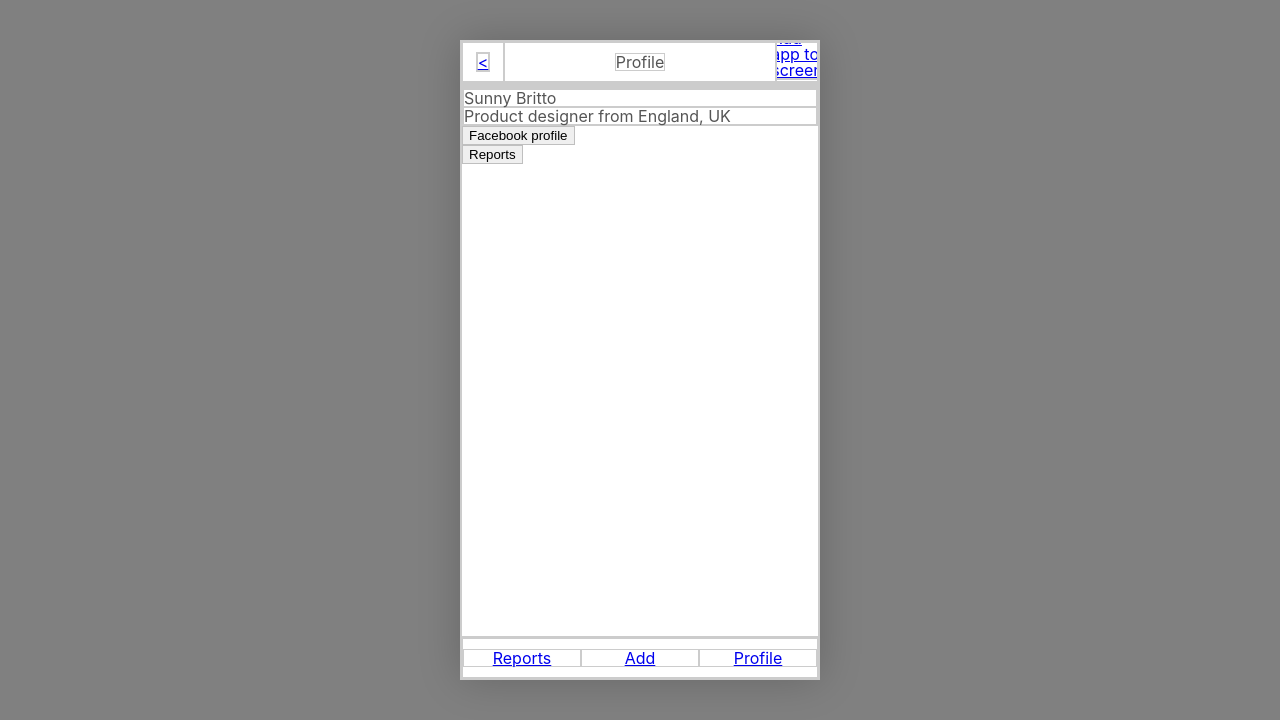
Repository: aleksandrenko/html-css-playground
Page: profile.html
An editor plug-in stored every save of this project. The page is shown before and after the next save, followed by the edit.
The browser window is 1280 px wide. The pictures show the whole page.

Above is the page before, as saved 2018-01-19 15:09:26.

### profile.html
<!DOCTYPE html>
<html lang="en">
<head>
  <meta charset="UTF-8">
  <link rel="stylesheet" href="./css/shared.css">
  <link rel="stylesheet" href="./css/pages/profile.css">
</head>
<body>

<app>
  <header>
    <left>
      <history-control>
        <a href="#"><</a>
      </history-control>
    </left>
    <middle>
      <page-name>Profile</page-name>
    </middle>
    <right>
      <context-menu>
        <a href="#">About</a>
        <a href="#">Add app to screen</a>
        <a href="#">Terms of use</a>
      </context-menu>
    </right>
  </header>
  <main>
      <profile>
        <picture>
          <img src="#" alt="">
        </picture>
        <name>Sunny Britto</name>
        <information>Product designer from England, UK</information>
      </profile>
      <button>Facebook profile</button>
      <button>Reports</button>
  </main>
  <footer>
    <nav>
      <a href="#">Reports</a>
      <a href="#">Add</a>
      <a href="profile.html">Profile</a>
    </nav>
  </footer>
</app>

</body>
</html>

### css/shared.css
@import "config.css";
@import "reset.css";
@import "global.css";

@import "debug.css";

@import "layout.css";

### css/pages/profile.css
profile {

}

### css/config.css
:root {
    --header-height: 42px;
    --footer-height: 42px;

    --min-width: 320px;
    --min-height: 460px;

    --text-global-color: #555;
    --text-global-font: "SF Pro Display", "SF Pro Icons", "Helvetica Neue", "Helvetica", "Roboto", "Arial" ,sans-serif;
}

### css/reset.css
html, body, div, span,
h1, h2, h3, h4, h5, h6, p,
a, abbr, acronym, address, img,
small, strike, strong,
b, u, i, center, ol, ul, li,
fieldset, form, label, footer, header,
menu, nav, section {
    margin: 0;
    padding: 0;
    border: 0;
    font-size: 100%;
    font: inherit;
    vertical-align: baseline;
}
/* HTML5 display-role reset for older browsers */
article, aside, details, figcaption, figure,
footer, header, hgroup, menu, nav, section {
    display: block;
}
body {
    line-height: 1;
}
ol, ul {
    list-style: none;
}

### css/global.css
body {
    min-height: var(--min-height);
    min-width: var(--min-width);
}

* {
    box-sizing: border-box;
    display: block;
}

app {
    font-family: var(--text-global-font);
    font-size: 1rem;
    color: var(--text-global-color);
    background: white;

}

### css/debug.css

body {
  background: gray;
}

body * {
  border: solid 1px rgba(0,0,0,0.2);
}

app {
  width: 360px;
  height: 640px;
  box-shadow: 0 0 40px rgba(0, 0, 0, .2);

  top: 50% !important;
  left: 50% !important;
  bottom: auto;
  right: auto;
  transform: translate(-50%, -50%);
}

### css/layout.css
app {
  display: flex;
  flex-direction: column;
  position: fixed;
  top: 0;
  bottom: 0;
  left: 0;
  right: 0;
}

/* app header */

app header {
  display: flex;
  height: 42px;
}

app header left {
  width: 42px;
}

app header > * {
  display: flex;
  justify-content: center;
  align-items: center;
  overflow: hidden;
}

app header middle {
  flex: 1;
}

app header middle page-name {
  text-align: center;
  white-space: nowrap;
  max-width: 90%;
  text-overflow: ellipsis;
  overflow: hidden;
}

app header right {
  width: 42px;
}

/* app main */

app main {
  flex: 1;
  position: relative;
  overflow: hidden;
}

/* app footer */

app footer {
  height: 42px;
  position: relative;
}

app footer nav {
  display: flex;
  flex-direction: row;
  height: 100%;
  align-items: center;
}

app footer nav a {
  flex: 1;
  text-align: center;
}

After the next save:
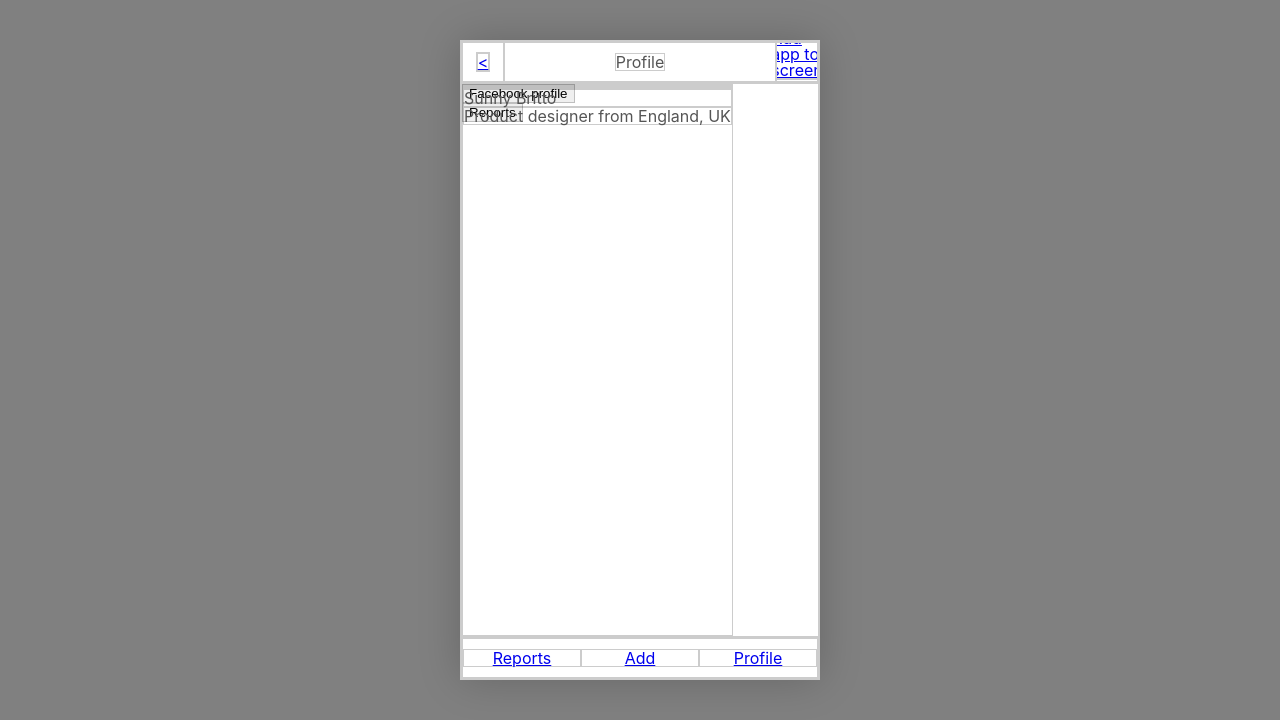
Saved 7 s later.
--- a/css/pages/profile.css
+++ b/css/pages/profile.css
@@ -1,3 +1,6 @@
 profile {
-
+  position: absolute;
+  top: 0;
+  bottom: 0;
+  left: 0
 }
